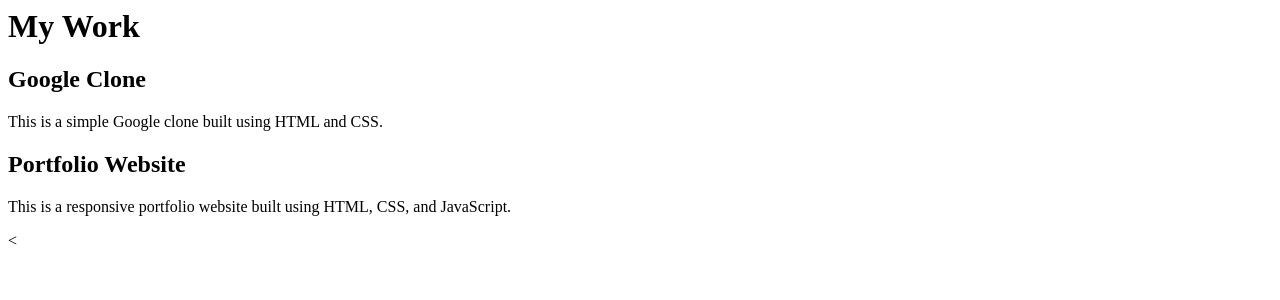
Repository: raghhavv03/html-css-practice
Page: task-3/work.html
An editor plug-in stored every save of this project. The page is shown before and after a run of saves, followed by the edit.
The browser window is 1280 px wide. The pictures show the whole page.

Above is the page before, as saved 2026-02-02 18:30:07.

After the next 2 saves:
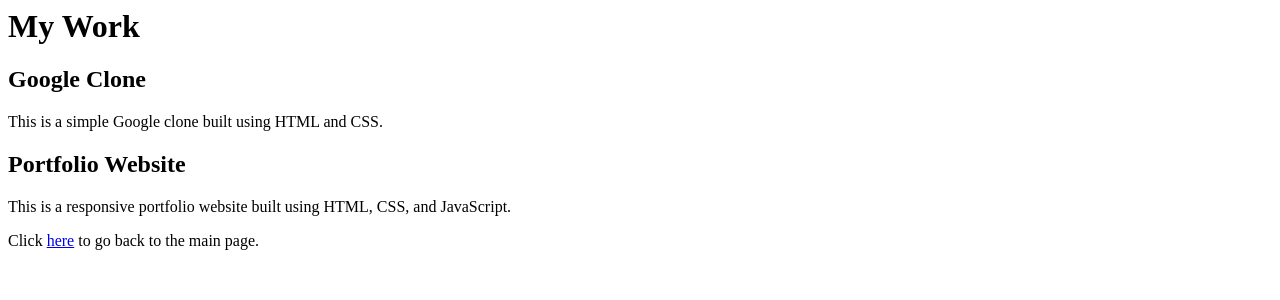
The 2 saves are shown as one change because they came seconds apart.
The last was saved 7 s later.
--- a/task-3/work.html
+++ b/task-3/work.html
@@ -3,4 +3,4 @@
 <p>This is a simple Google clone built using HTML and CSS.</p>
 <h2>Portfolio Website</h2>
 <p>This is a responsive portfolio website built using HTML, CSS, and JavaScript.</p>
-<
+<p>Click <a href="index.html">here</a> to go back to the main page.</p>
